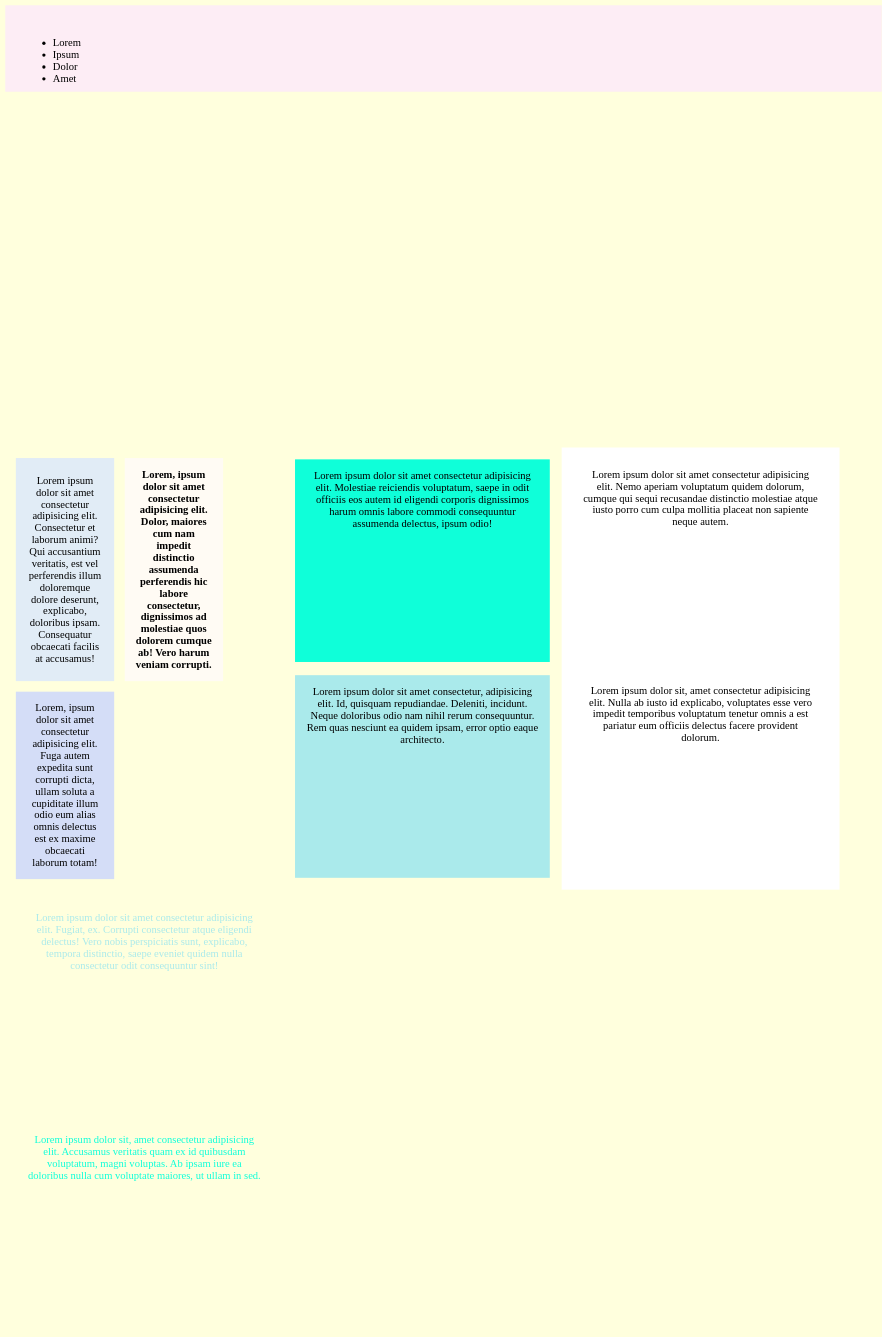
Repository: HTML-a-CSS-2/projekt-portfolio-Angelina555555
Page: .github/index.html
The author's editor kept a copy of each file at every save. The page is drawn from the files as they stood at one save, then again after the next save.
The browser window is 1280 px wide. The page is 1336 px wide, so the pictures cover 1336 px, including what lies to the right of the window. The pictures show the whole page, at 66% of full size.

Above is the page before, as saved 2022-05-15 20:00:25.

### .github/index.html
<!DOCTYPE html>
<html lang="en">
  <head>
    <meta charset="UTF-8" />
    <meta http-equiv="X-UA-Compatible" content="IE=edge" />
    <meta name="viewport" content="width=device-width, initial-scale=1.0" />
    <link rel="stylesheet" href="default.css" />
    <title>Document</title>
  </head>
  <body>
    <div class="menu">
      <ul id="nav">
        <li>Lorem</li>
        <li>Ipsum</li>
        <li>Dolor</li>
        <li>Amet</li>
      </ul>
    </div>
    <div class="article">
      <div class="article__element-jeden article__element-jeden--blue">
        Lorem ipsum dolor sit amet consectetur adipisicing elit. Consectetur et
        laborum animi? Qui accusantium veritatis, est vel perferendis illum
        doloremque dolore deserunt, explicabo, doloribus ipsam. Consequatur
        obcaecati facilis at accusamus!
      </div>
      <div
        class="article__element-dva article__element-dva--pink article__element-dva--big"
      >
        Lorem, ipsum dolor sit amet consectetur adipisicing elit. Dolor, maiores
        cum nam impedit distinctio assumenda perferendis hic labore consectetur,
        dignissimos ad molestiae quos dolorem cumque ab! Vero harum veniam
        corrupti.
      </div>
      <div class="article__element-tri article__element-tri--purple">
        Lorem, ipsum dolor sit amet consectetur adipisicing elit. Fuga autem
        expedita sunt corrupti dicta, ullam soluta a cupiditate illum odio eum
        alias omnis delectus est ex maxime obcaecati laborum totam!
      </div>
    </div>
    <div class="age">
      <div class="age__element-ctyri age__element-ctyri--green">
        Lorem ipsum dolor sit amet consectetur adipisicing elit. Molestiae
        reiciendis voluptatum, saepe in odit officiis eos autem id eligendi
        corporis dignissimos harum omnis labore commodi consequuntur assumenda
        delectus, ipsum odio!
      </div>
      <div class="age__element-pet age__element-pet--mint">
        Lorem ipsum dolor sit amet consectetur, adipisicing elit. Id, quisquam
        repudiandae. Deleniti, incidunt. Neque doloribus odio nam nihil rerum
        consequuntur. Rem quas nesciunt ea quidem ipsam, error optio eaque
        architecto.
      </div>
    </div>
    <div class="leader">
      <div class="leader__element-sest leader__element-sest--padding-small">
        Lorem ipsum dolor sit amet consectetur adipisicing elit. Nemo aperiam
        voluptatum quidem dolorum, cumque qui sequi recusandae distinctio
        molestiae atque iusto porro cum culpa mollitia placeat non sapiente
        neque autem.
      </div>
      <div class="leader__element-sedm leader__element-sedm--padding-small">
        Lorem ipsum dolor sit, amet consectetur adipisicing elit. Nulla ab iusto
        id explicabo, voluptates esse vero impedit temporibus voluptatum tenetur
        omnis a est pariatur eum officiis delectus facere provident dolorum.
      </div>
    </div>
    <div class="blok-posledni">
      <div class="blok-posledni__element-osm blok-posledni__element-osm--mint">
        Lorem ipsum dolor sit amet consectetur adipisicing elit. Fugiat, ex.
        Corrupti consectetur atque eligendi delectus! Vero nobis perspiciatis
        sunt, explicabo, tempora distinctio, saepe eveniet quidem nulla
        consectetur odit consequuntur sint!
      </div>
      <div
        class="blok-posledni__element-devet blok-posledni__element-devet--green"
      >
        Lorem ipsum dolor sit, amet consectetur adipisicing elit. Accusamus
        veritatis quam ex id quibusdam voluptatum, magni voluptas. Ab ipsam iure
        ea doloribus nulla cum voluptate maiores, ut ullam in sed.
      </div>
    </div>
  </body>
</html>

### .github/default.css
body {
  background-color: #ffffdd;
  display: grid;

  grid-template-columns: 1fr 1fr 1fr;
  grid-template-rows: 1fr 1fr 1fr;
}

.menu {
  width: 100%;
  height: 10%;
  grid-column-end: span 3;
  background-color: #fdedf5;
  padding: 2rem;
  font-size: 1rem;
}

.article,
.age,
.leader,
.blok-posledni {
  padding: 1rem;
  display: flex;
  flex-wrap: wrap;
  text-align: center;
  gap: 1rem;
}

.article__element-jeden,
.article__element-dva,
.article__element-tri {
  display: flex;
  justify-content: center;
  align-items: center;
  padding: 1rem 1rem;
  width: 30%;
  font-size: 1rem;
}

.article__element-jeden--blue {
  background-color: #e1ecf6;
}
.article__element-dva--pink {
  background-color: #fffbf4;
}
.article__element-tri--purple {
  background-color: #d4ddf7;
}

.article__element-dva--big {
  font-weight: bold;
}

.age__element-ctyri,
.age__element-pet,
.leader__element-sest,
.leader__element-sedm,
.blok-posledni__element-osm,
.blok-posledni__element-devet {
  padding: 1rem 1rem;
  margin: 2px;
  font-size: 1rem;
}

.age__element-ctyri--green {
  background-color: #0fffd9;
}
.age__element-pet--mint {
  background-color: #aaeaeb;
}
.leader {
  background-color: white;
}
.leader__element-sest--padding-small,
.leader__element-sedm--padding-small {
  padding: 0.9rem;
}
.blok-posledni__element-osm--mint {
  color: #aaeaeb;
}

.blok-posledni__element-devet--green {
  color: #0fffd9;
}

After the next save:
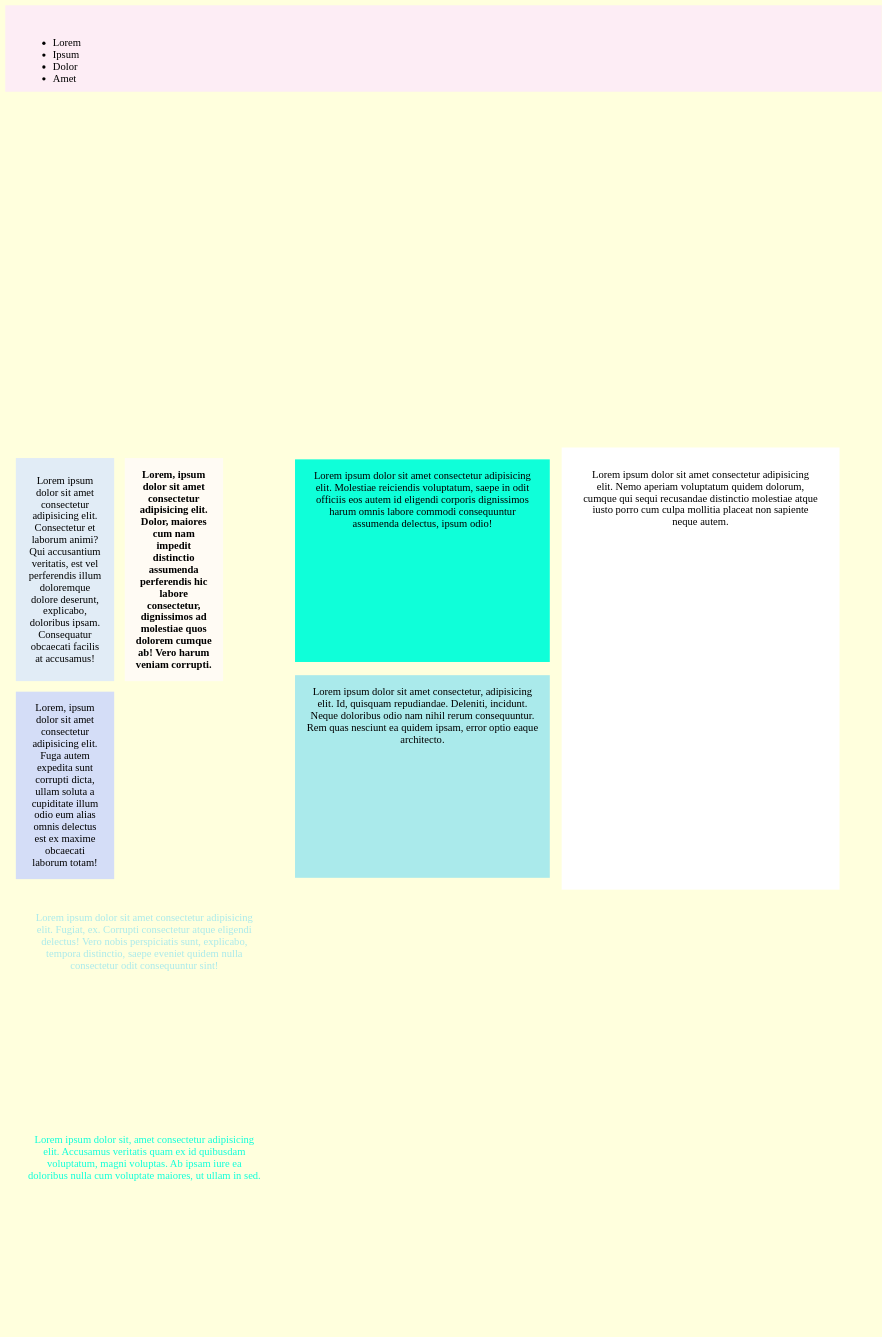
Saved 87 s later.
--- a/.github/index.html
+++ b/.github/index.html
@@ -58,11 +58,6 @@
         molestiae atque iusto porro cum culpa mollitia placeat non sapiente
         neque autem.
       </div>
-      <div class="leader__element-sedm leader__element-sedm--padding-small">
-        Lorem ipsum dolor sit, amet consectetur adipisicing elit. Nulla ab iusto
-        id explicabo, voluptates esse vero impedit temporibus voluptatum tenetur
-        omnis a est pariatur eum officiis delectus facere provident dolorum.
-      </div>
     </div>
     <div class="blok-posledni">
       <div class="blok-posledni__element-osm blok-posledni__element-osm--mint">
